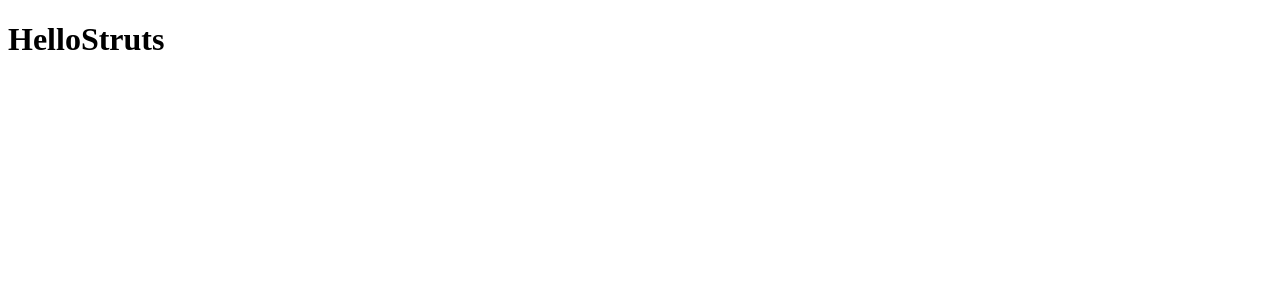
Repository: yusuke413/practice
Page: http://localhost/WebProj2/hello.jsp
An editor plug-in stored every save of this project. The page is shown before and after the next save, followed by the edit.
The browser window is 1280 px wide. The pictures show the whole page.
The page is served by Tomcat 9.

Above is the page before, as saved 2018-12-10 12:34:28.

After the next save:
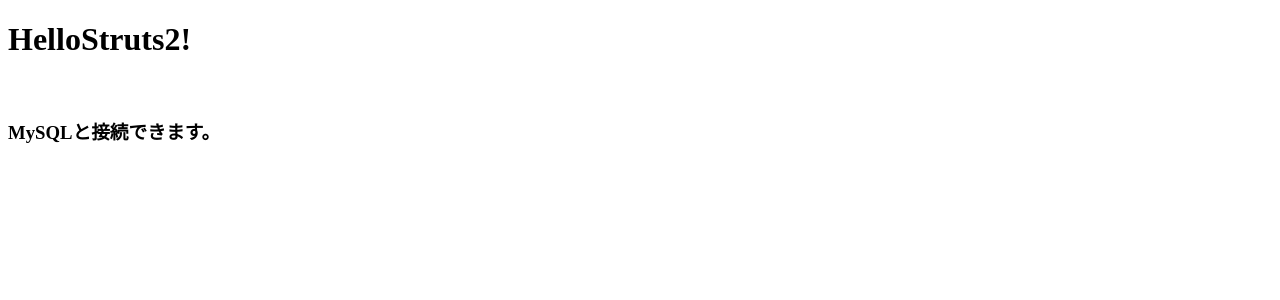
Saved 13 s later.
--- a/WebProj2/WebContent/hello.jsp
+++ b/WebProj2/WebContent/hello.jsp
@@ -17,7 +17,9 @@
 
 <body>
 
-    <h1>HelloStruts</h1>
+    <h1>HelloStruts2!</h1> <br>
+
+    <h3>MySQLと接続できます。</h3>
 
 </body>
 
